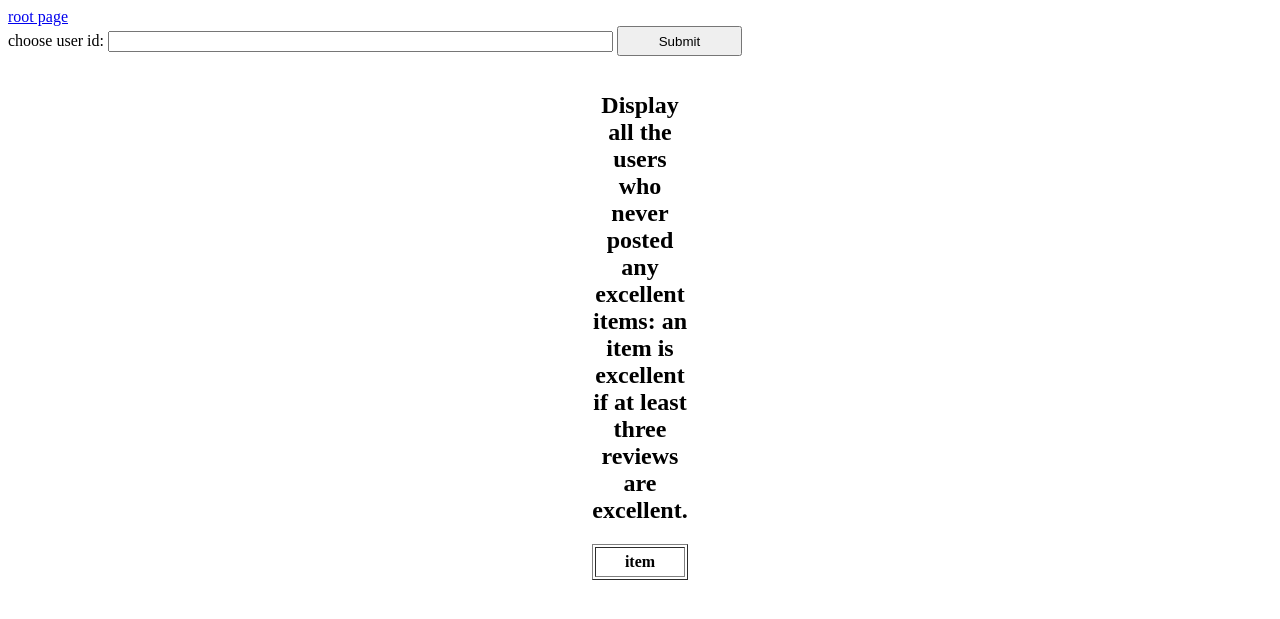
Repository: HamdanM/DatabaseProject
Page: http://localhost/DB3/Displaynum6.jsp
These files come from the project's save history. The page is drawn as it stood at one moment and after the next save; the edit follows.
The browser window is 1280 px wide. The pictures show the whole page.
The page is served by Tomcat 9. Nobody is signed in. The application's start-up code is not run.

Above is the page before, as saved 2019-07-27 23:39:53.

After the next save:
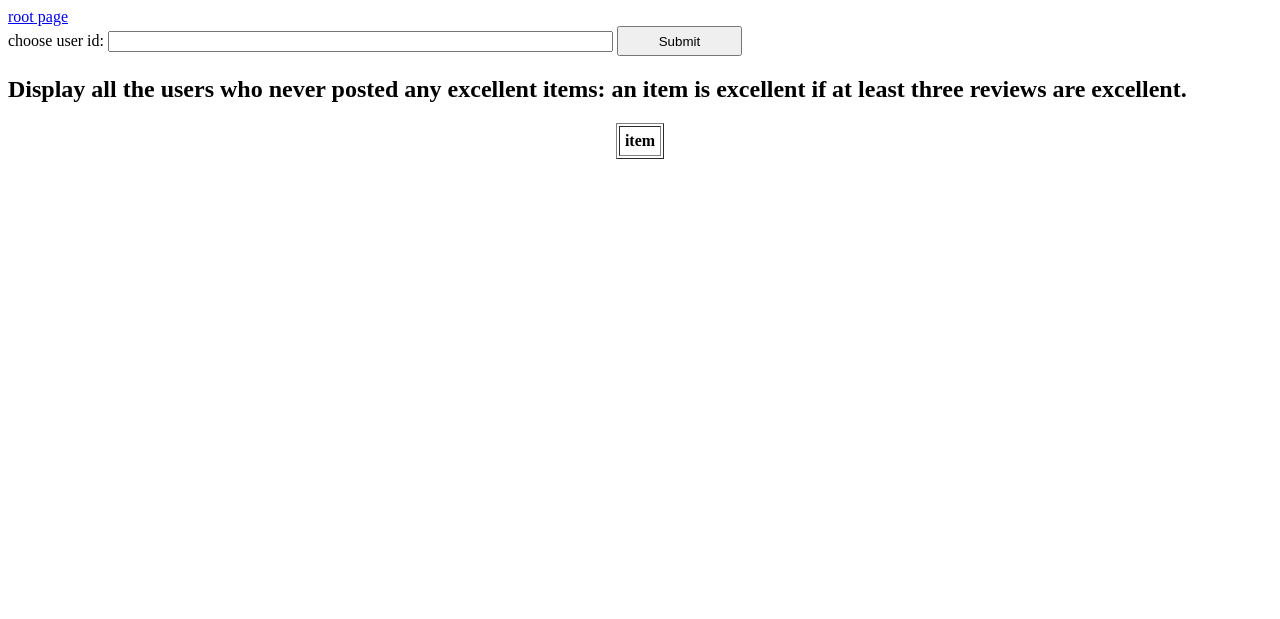
Saved 10 s later.
--- a/DB3/WebContent/Displaynum6.jsp
+++ b/DB3/WebContent/Displaynum6.jsp
@@ -23,10 +23,10 @@
  </form>
 
 
+            <caption><h2>Display all the users who never posted any excellent items: an item is excellent if at least three reviews are excellent. </h2></caption>
 
   <div align="center">
         <table border="1" cellpadding="5">
-            <caption><h2>Display all the users who never posted any excellent items: an item is excellent if at least three reviews are excellent. </h2></caption>
             <tr>
 
                 <th>item</th>
